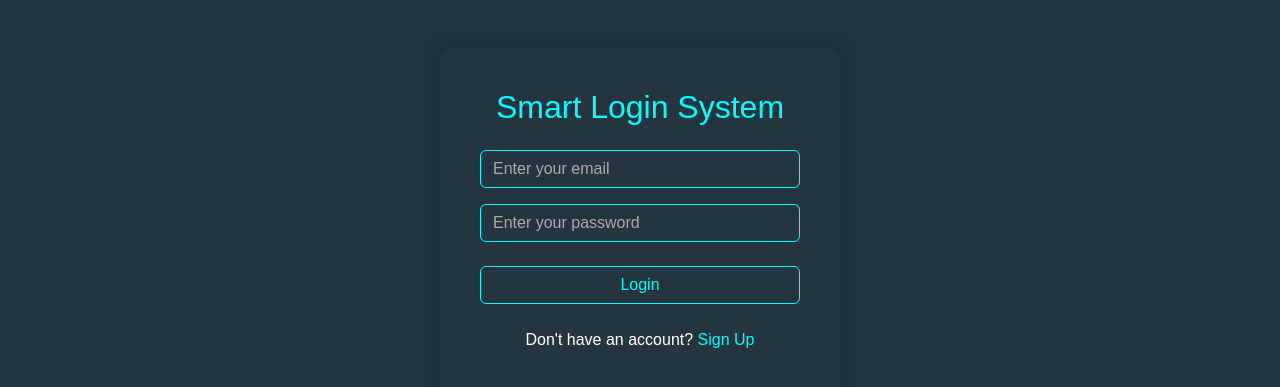
Repository: bodajava/TASK-4
Page: index.html
These files come from the project's save history. The page is drawn as it stood at one moment and after the next save; the edit follows.
The browser window is 1280 px wide. The pictures show the whole page.

Above is the page before, as saved 2025-06-16 18:12:09.

After the next save:
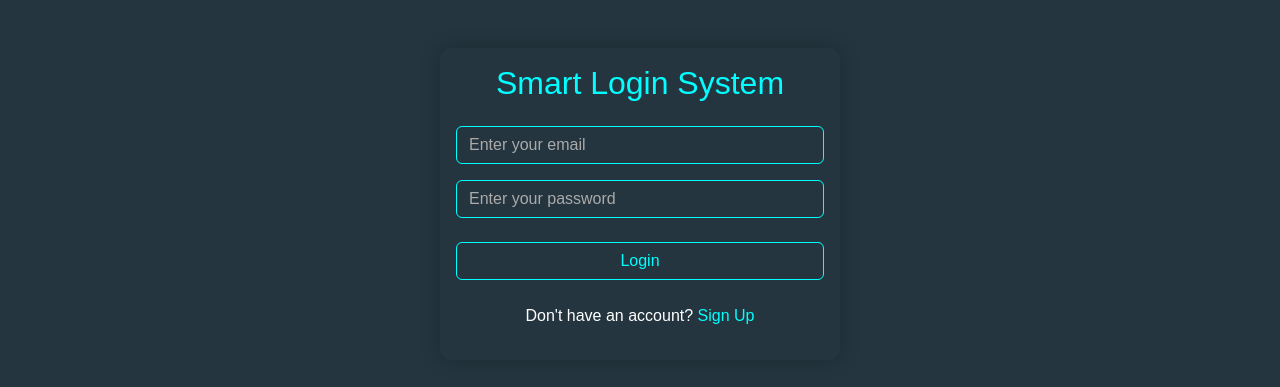
Saved 9 s later.
--- a/index.html
+++ b/index.html
@@ -9,7 +9,7 @@
     <title>Document</title>
   </head>
   <body>
-    <div class="login-box my-5">
+    <div class="login-box my-5 p-3">
       <h2>Smart Login System</h2>
       <form>
         <div class="mb-3 mt-4">
